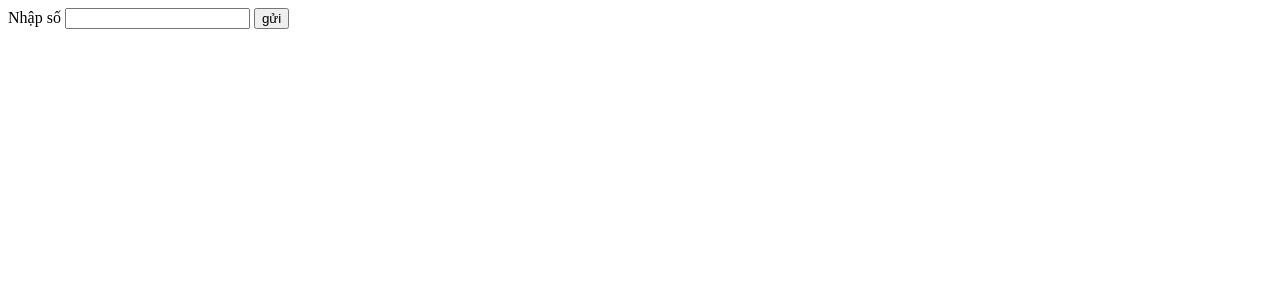
Repository: NguyenNhuDuyHung/mixivivu
Page: http://localhost/web-btl/test.php
These files come from the project's save history. The page is drawn as it stood at one moment and after a run of saves; the edit follows.
The browser window is 1280 px wide. The pictures show the whole page.
The page is run by PHP 8.4 with error messages shown; the project is at /var/www/html/.

Above is the page before, as saved 2024-12-05 21:55:48.

After the next 4 saves:
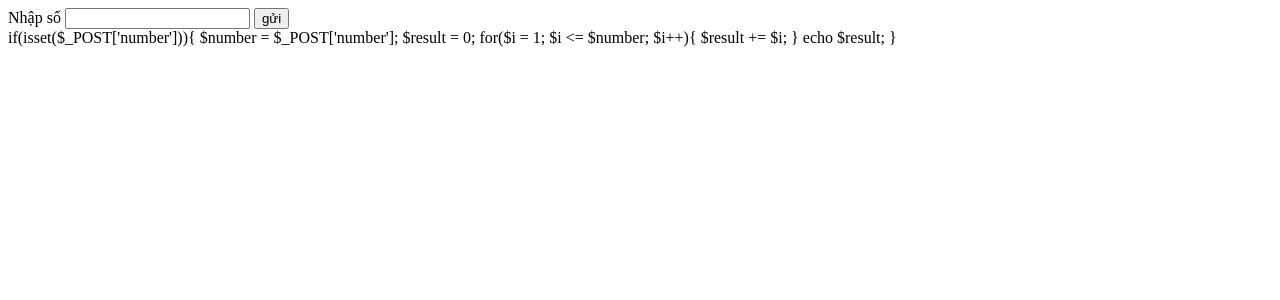
The 4 saves are shown as one change because they came seconds apart.
The last was saved 49 s later.
--- a/test.php
+++ b/test.php
@@ -6,11 +6,19 @@
     <title>Document</title>
 </head>
 <body>
-
     <form action="" method="post">
         <label for="number">Nhập số</label>
         <input type="text">
         <button type="submit">gửi</button>
     </form>
+
+    if(isset($_POST['number'])){
+        $number = $_POST['number'];
+        $result = 0;
+        for($i = 1; $i <= $number; $i++){
+            $result += $i;
+        }
+        echo $result;
+    }
 </body>
 </html>
